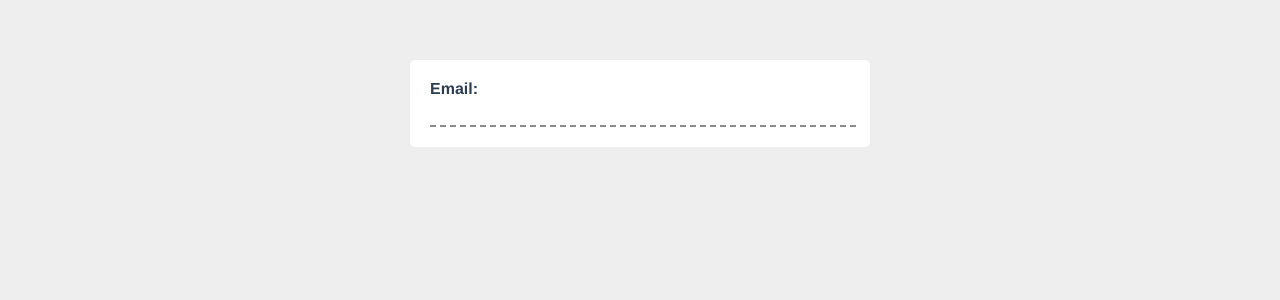
Repository: technogize/vue-forms
Page: /
The author's editor kept a copy of each file at every save. The page is drawn from the files as they stood at one save, then again after the next save.
The browser window is 1280 px wide. The pictures show the whole page.
The project was rebuilt for these pictures with package versions that can differ from the ones it lists, and the page was loaded fresh each time.

Above is the page before, as saved 2021-02-26 14:16:03.

### src/App.vue
<template>
  <SignupForm />
</template>

<script>
import SignupForm from './components/SignupForm';

export default {
  name: 'App',
  components: {
    SignupForm
  }
}
</script>

<style>
#app {
  font-family: Avenir, Helvetica, Arial, sans-serif;
  -webkit-font-smoothing: antialiased;
  -moz-osx-font-smoothing: grayscale;
  text-align: center;
  color: #2c3e50;
  margin-top: 60px;
}

body {
  margin: 0;
  background: #eee;
}
</style>

### src/components/SignupForm.vue
<template>
  <form>
    <label>Email: </label>
    <input type="email" required v-model="email" />
  </form>
</template>

<script>
export default {
  data() {
    return {
      email: ''
    }
  }
}
</script>

<style scoped>
  form {
    max-width: 420px;
    border-radius: 5px;
    background: white;
    padding: 20px;
    margin: 0 auto;
  }

  label {
    font-weight: 700;
    display: block;
    text-align: left;
  }

  input {
    display: block;
    width: 100%;
    font-size: 18px;
    padding: 3px;
    border: none;
    border-bottom: 2px dashed rgb(139, 139, 139);
  }

  input:focus {
    outline: none;
    border-bottom: 2px solid rgb(139, 139, 139);
  }
</style>

Loaded but not shown: public/index.html (common file); src/main.js (common file)

After the next save:
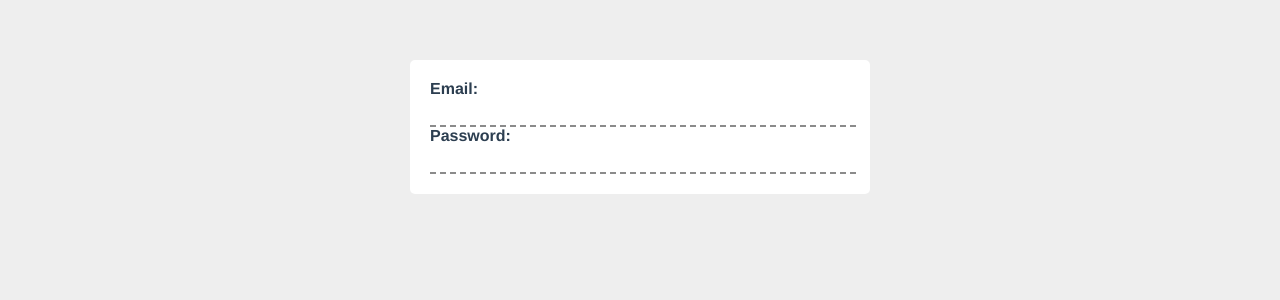
Saved 53 s later.
--- a/src/components/SignupForm.vue
+++ b/src/components/SignupForm.vue
@@ -1,7 +1,13 @@
 <template>
   <form>
-    <label>Email: </label>
-    <input type="email" required v-model="email" />
+    <div class="field">
+      <label>Email: </label>
+      <input type="email" required v-model="email" />
+    </div>
+    <div class="field">
+      <label>Password: </label>
+      <input type="password" required v-model="email" />
+    </div>
   </form>
 </template>
 
